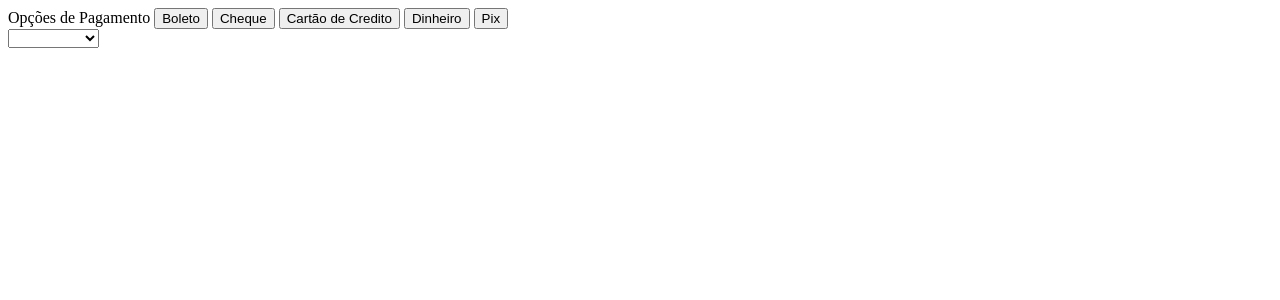
Repository: RobertoAntunes35/payment-control
Page: FRONTEND/index.html
An editor plug-in stored every save of this project. The page is shown before and after the next save, followed by the edit.
The browser window is 1280 px wide. The pictures show the whole page.

Above is the page before, as saved 2023-03-17 14:07:44.

After the next save:
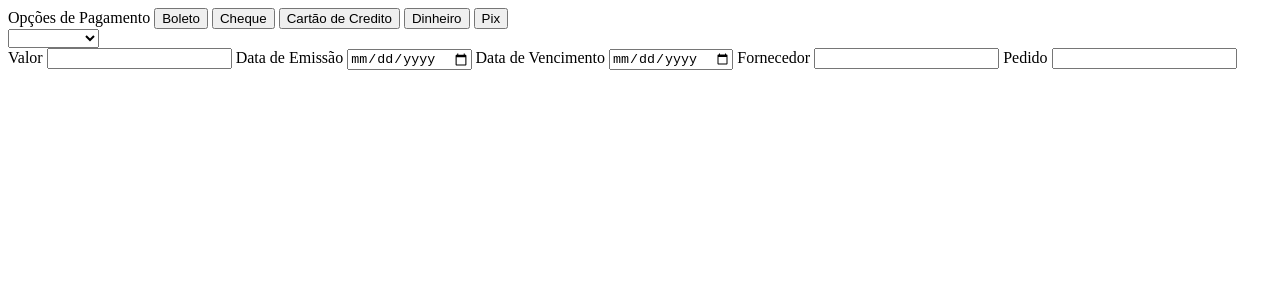
Saved 3 min 38 s later.
--- a/FRONTEND/index.html
+++ b/FRONTEND/index.html
@@ -30,6 +30,20 @@
                             <option value="">BELLPAR</option>
                         </select>
                     </div>
+                    <label for="value">Valor</label>
+                    <input type="text" id="value">
+
+                    <label for="value">Data de Emissão</label>
+                    <input type="date" id="emissao">
+
+                    <label for="value">Data de Vencimento</label>
+                    <input type="date" id="vencimento">
+
+                    <label for="fornecedor">Fornecedor</label>
+                    <input type="text" id="fornecedor">
+
+                    <label for="pedido">Pedido</label>
+                    <input type="text" id="pedido">
                 </div>
             </div>
             <div class="right-side">
